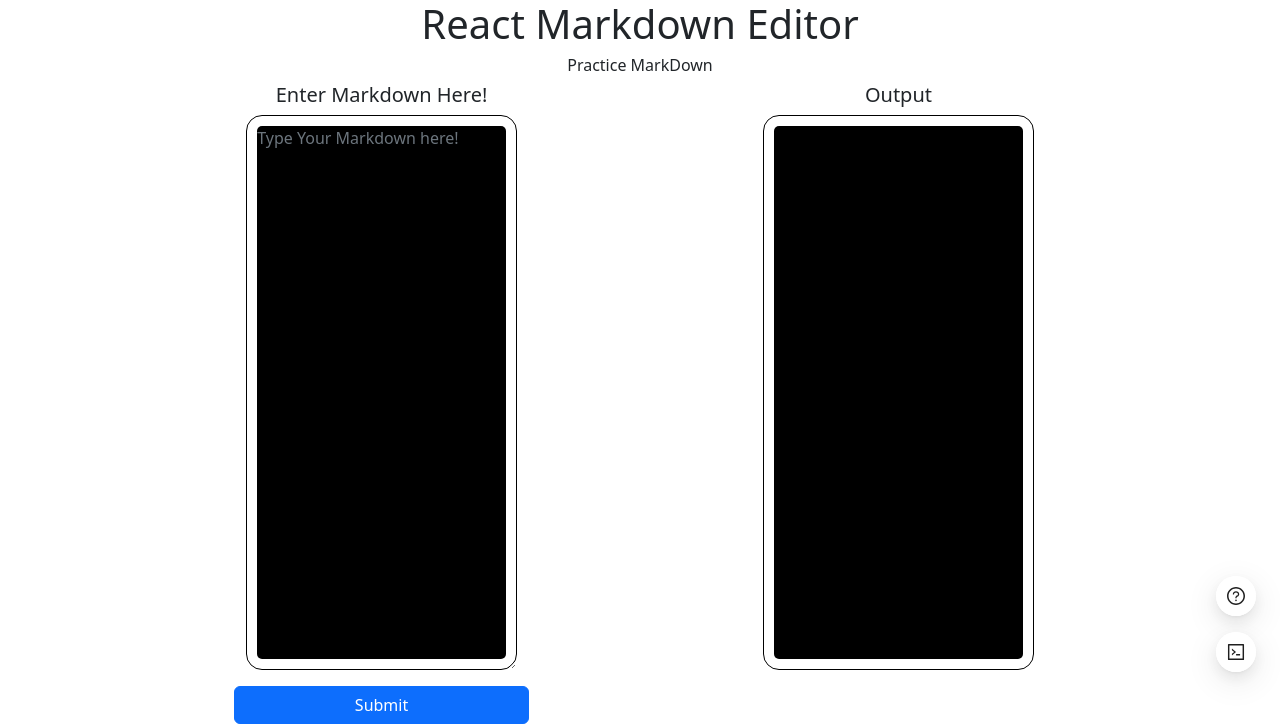
Repository: devkthines/md-editor
Page: /
The author's editor kept a copy of each file at every save. The page is drawn from the files as they stood at one save, then again after a run of saves.
The browser window is 1280 px wide. The pictures show the whole page.
The project was rebuilt for these pictures with package versions that can differ from the ones it lists, and the page was loaded fresh each time. Also part of the build but not shown: src/pages/preview.js, src/components/navbar.js, src/pages/home.js.

Above is the page before, as saved 2023-12-06 21:56:09.

### src/App.js
import Preview from './pages/preview';
import Editor from './pages/editor';
import NavBar from './components/navbar';
import { BrowserRouter, Routes, Route } from "react-router-dom";
import About from './pages/home';
import 'bootstrap/dist/css/bootstrap.min.css';
import './styles/style.css'
function App() {
  return (
    <BrowserRouter>
    {/* <NavBar/> */}
      <Routes>
    {/* <Route path='/edit' element={<Editor/>}/> */}
    <Route index  element={<Editor/>}/>
    {/* <Route path='/about' element={<About/>}/> */}

      </Routes>
    </BrowserRouter>

  );
}

export default App;

### src/pages/editor.js
import { useState, useEffect } from 'react';
import { marked } from 'marked';
import Button from 'react-bootstrap/Button';
import Form from 'react-bootstrap/Form';
import Row from 'react-bootstrap/Row';
import Col from 'react-bootstrap/Col';
import { QuestionCircleOutlined, CodeOutlined } from '@ant-design/icons';
import { FloatButton,Modal  } from 'antd';

const App = () => {
    const [md, setMd] = useState(
        //     {
        //     h1text: '# This is H1 Text',
        //     h2text: '## This is H1 Text',
        //     linkEx: '[Link Example](https://www.markdownguide.org/basic-syntax/#links)',
        //     inlineEx: 'this is an inline code `example`',
        //     codeBlock: '    <html>    <head>    </head>    </html>',
        //     listItem: '1. First item',
        //     listItem2: '2. Second item',
        //     listItem3: '3. Third item',
        //     listItem4: '4. Fourth item',
        //     blockQuote: '> Dorothy followed her through many of the beautiful rooms in her castle.',
        //     imgPrev: '![The San Juan Mountains are beautiful!](/assets/images/san-juan-mountains.jpg "San Juan Mountains")',
        //     boldText: 'I just love **bold text**.',
        // },

        [
            '# This is H1 Text',
            '## This is H2 Text',
            '[Link Example](https://www.markdownguide.org/basic-syntax/#links)',
             'this is an inline code `example`',
            '    <html>    <head>    </head>    </html>',
            '1. First item',
           '2. Second item',
            '3. Third item',
             '4. Fourth item',
        '> Dorothy followed her through many of the beautiful rooms in her castle.',
          '![The San Juan Mountains are beautiful!](/assets/images/san-juan-mountains.jpg "San Juan Mountains")',
           'I just love **bold text**.',
        ]
        )
    const [isModalOpen, setIsModalOpen] = useState(false);
    const showModal = () => {
      setIsModalOpen(true);
    };
    const handleOk = () => {
      setIsModalOpen(false);
    };
    const handleCancel = () => {
      setIsModalOpen(false);
    };

    // Modal Two Example
    const [isModalTwoOpen, setIsModalTwoOpen] = useState(false);
    const showModalTwo = () => {
      setIsModalTwoOpen(true);
    };
    const handleOkTwo = () => {
      setIsModalTwoOpen(false);
    };
    const handleCancelTwo = () => {
      setIsModalTwoOpen(false);
    };
return ( <>
    <FloatButton.Group
      shape="circle"
      style={{
        right: 24,
      }}
    >
      <FloatButton icon={<QuestionCircleOutlined />} onClick={showModal}/>

      <FloatButton icon={<CodeOutlined />} onClick={showModalTwo}/>
    </FloatButton.Group>
    <Modal title="Markdown Editor/Previewer FAQs" open={isModalOpen} onOk={handleOk} onCancel={handleCancel}>
    <>
            <article>
                <section>
                    <header>
                        <h1>What even is Markdown</h1>
                    </header>
                    <p>Lorem ipsum dolor sit amet, consectetur adipisicing elit.
                         Non sequi ad enim deleniti accusamus facere itaque commodi autem odit repudiandae.
                          Sunt doloremque, quaerat ut iste et quia laboriosam ab possimus rerum modi?
                        Adipisci consequuntur quidem quas quod aperiam porro odio. Necessitatibus v
                        elit exercitationem, dolore labore nesciunt perferendis quod minima et?</p>
                     <p>for the full breakdown on all things markdown, follow this link: <span><a href="https://www.markdownguide.org/">markdownguide.org</a></span> </p>
                </section>
                <section>
                    <header>
                        <h1>What is Markdown Used for?</h1>
                    </header>
                    <p>Lorem ipsum dolor sit amet, consectetur adipisicing elit.
                         Non sequi ad enim deleniti accusamus facere itaque commodi autem odit repudiandae.
                          Sunt doloremque, quaerat ut iste et quia laboriosam ab possimus rerum modi?
                        Adipisci consequuntur quidem quas quod aperiam porro odio. Necessitatibus v
                        elit exercitationem, dolore labore nesciunt perferendis quod minima et?</p>
                </section>
                <section>
                    <header>
                        <h1>What does this App do?</h1>
                    </header>
                    <p>Lorem ipsum dolor sit amet, consectetur adipisicing elit.
                         Non sequi ad enim deleniti accusamus facere itaque commodi autem odit repudiandae.
                          Sunt doloremque, quaerat ut iste et quia laboriosam ab possimus rerum modi?
                        Adipisci consequuntur quidem quas quod aperiam porro odio. Necessitatibus v
                        elit exercitationem, dolore labore nesciunt perferendis quod minima et?</p>
                </section>

            </article>
        </>
    </Modal>
    <Modal title="Markdown Preview Examples" open={isModalTwoOpen} onOk={handleOkTwo} onCancel={handleCancelTwo}>
    <div>
            <div id='preview' >
                <span dangerouslySetInnerHTML={{ __html: marked.parse(md.join('\r')) }}></span>

            </div>
        </div>
      </Modal>
    </>
)};


export default function Editor() {
    const [edit, SetEdit] = useState('');
    const [preview, setPreview] = useState('');
    const seePreview = (e) => {
        e.preventDefault();
        console.log(edit);
        setPreview(edit);
        SetEdit('');

    }

    return (<>
    <div className='text-center'>
        <h1>React Markdown Editor</h1>

    <h6>Practice MarkDown</h6>
        <div className='d-flex justify-content-evenly'>
            <App/>
            <Form>
                <Row>
                    <Form.Group as={Col} className="mb-3" controlId="formBasicPassword">
                    <h5>Enter Markdown Here!</h5>
                    <Form.Control value={edit} onChange={(e) => {
                        setPreview('');
                        SetEdit(e.target.value);

                    }} name="edit" id="editor" as='textarea' placeholder="Type Your Markdown here!" rows={3} />
                    </Form.Group>
                </Row>
                <Row>
                    <Button as={Col} disabled={!edit} onClick={seePreview} variant="primary" type="submit">
                    Submit
                </Button>
                </Row>
            </Form>
            <Row>
            <Col>
                <h5>Output</h5>
                <div id="mdEdView" dangerouslySetInnerHTML={{ __html: marked.parse(preview) }}></div>
            </Col>
            </Row>
       </div>
       </div>
       </>
    )
}

### src/styles/style.css
* {
    margin: 0;
    padding: 0;
    box-sizing: border-box;
}

#editor,#mdEdView {
    width: 270.71999999999997px;
    height: 554.88px;
    background-color: black;
    background-clip: content-box;
    padding: 10px;
    border: 1px solid black;
    border-radius: 1rem;
    color: white;
}

Loaded but not shown: public/index.html (common file); src/index.js (common file); src/index.css (common file); src/reportWebVitals.js (common file)

After the next 2 saves:
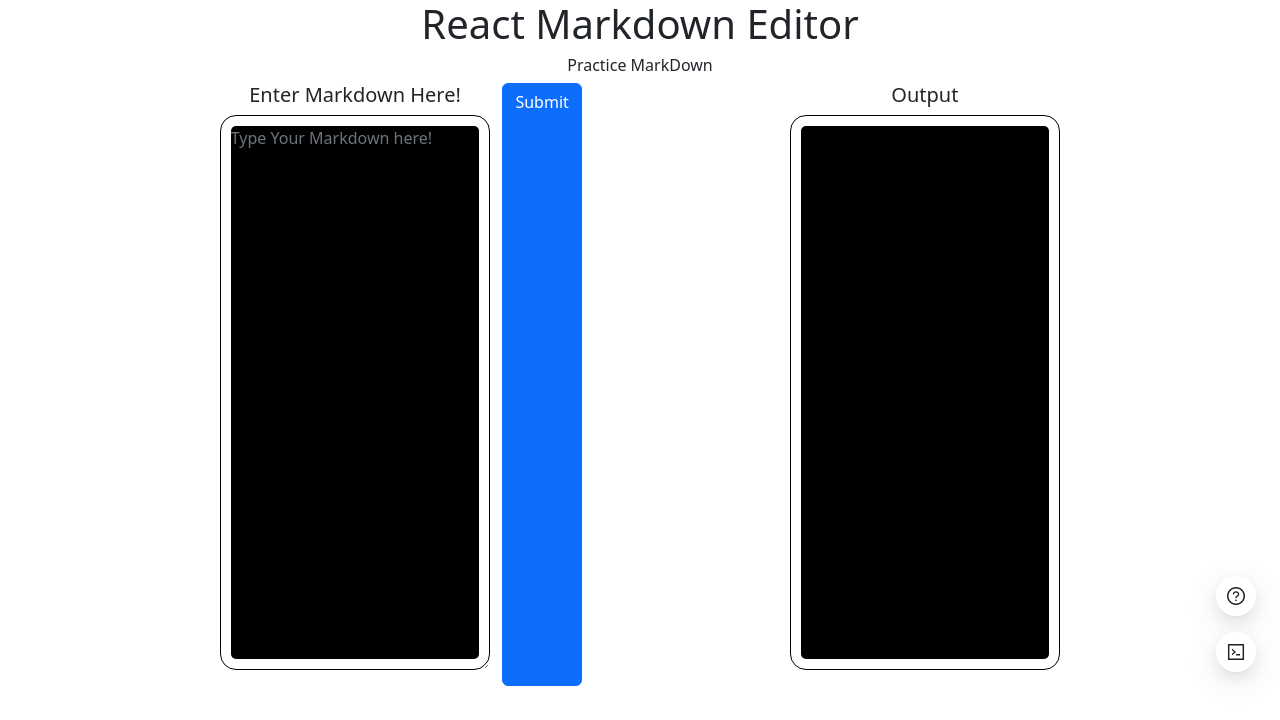
The 2 saves are shown as one change because they came seconds apart.
The last was saved 90 s later.
--- a/src/pages/editor.js
+++ b/src/pages/editor.js
@@ -150,11 +150,12 @@ export default function Editor() {
 
                     }} name="edit" id="editor" as='textarea' placeholder="Type Your Markdown here!" rows={3} />
                     </Form.Group>
+                        <Button as={Col} disabled={!edit} onClick={seePreview} variant="primary" type="submit">
+                    Submit
+                </Button>
                 </Row>
                 <Row>
-                    <Button as={Col} disabled={!edit} onClick={seePreview} variant="primary" type="submit">
-                    Submit
-                </Button>
+
                 </Row>
             </Form>
             <Row>
